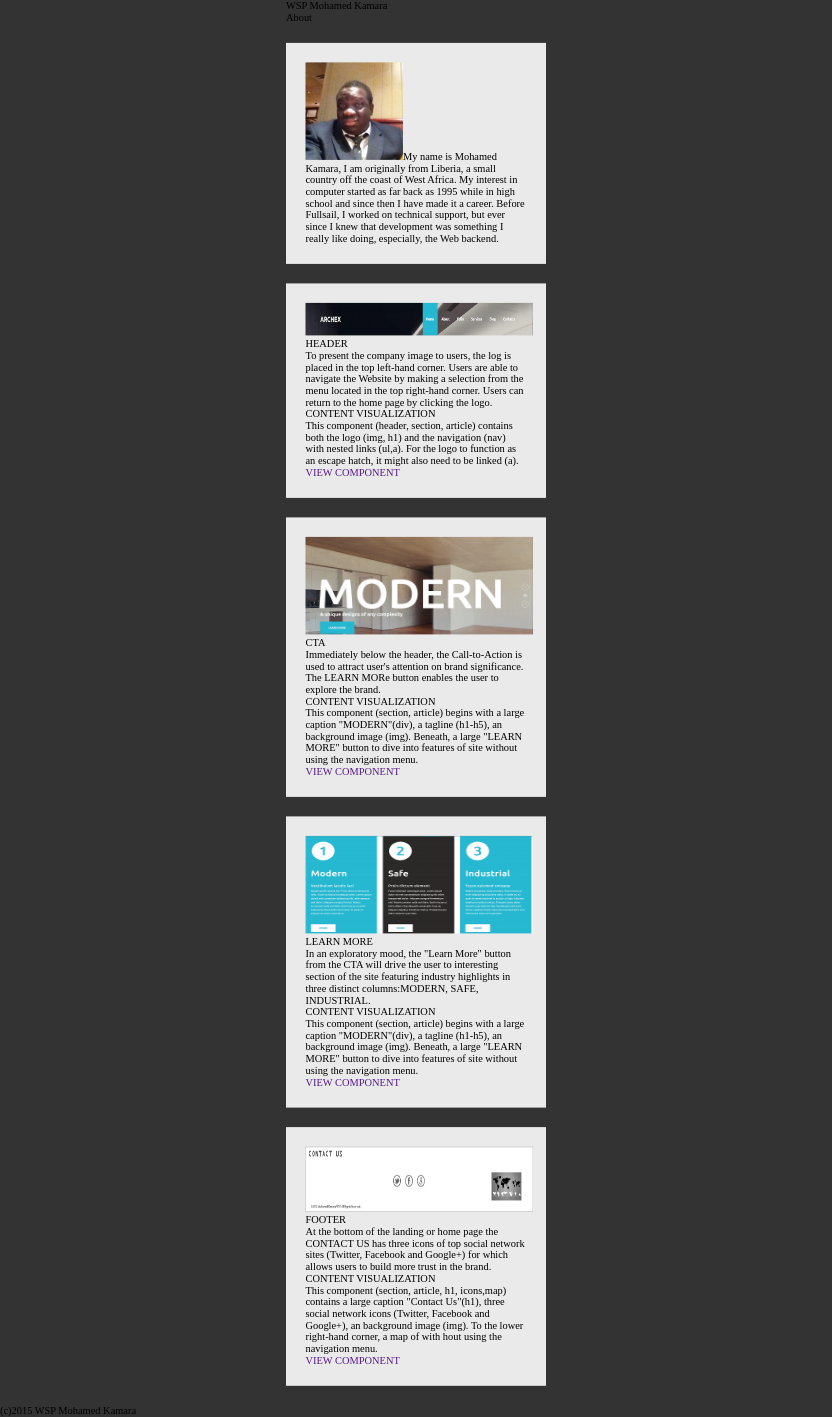
Repository: makamara/WSP_Project
Page: wsp/index.html
These files come from the project's save history. The page is drawn as it stood at one moment and after the next save; the edit follows.
The browser window is 1280 px wide. The pictures show the whole page, at 65% of full size.

Above is the page before, as saved 2015-09-15 17:13:04.

### wsp/index.html
<!DOCTYPE html>
<html>
<head>
	<title>WSP: Mohamed Kamara</title>
	<link rel="stylesheet" type="text/css" href="css/reset.css" />
	<link rel="stylesheet" type="text/css" href="css/main.css" />
</head>
<body>


	<!-- Header -->
	<header>
		<h1>WSP Mohamed Kamara</h1>
	</header>

	<!-- About -->
	<section>
		<h1>About</h1>
		<div class="image">

		</div>
		<article>
		<p><img src="images/art_pix.jpg" alt="Mohamed Kamara" width="150" height="150" />My name is Mohamed Kamara, I am originally from Liberia, a small country off the coast of West Africa. My interest in computer
		started as far back as 1995 while in high school and since then I have made it a career. Before Fullsail, I worked on technical
		support, but ever since I knew that development was something I really like doing, especially, the Web backend.
		</p>
		</article>
	</section>

	<!-- Blog, Components -->
	<section>
		<!-- Header section -->
		<article>

			<img src="images/header.png" alt="Header Section" width="350" height="50" />
			<h1>HEADER</h1>
			<p>To present the company image to users, the log is placed in the top left-hand corner. Users are able to navigate the Website
			by making a selection from the menu located in the top right-hand corner. Users can return to the home page by clicking the logo.
			</p>
			<h2>CONTENT VISUALIZATION</h2>
			<p>This component (header, section, article) contains both the logo (img, h1) and the navigation (nav) with nested links (ul,a).
			For the logo to function as an escape hatch, it might also need to be linked (a).
			</p>
			<p><a href="" class="button">VIEW COMPONENT</a></p>
		</article>
		<!-- CTA section -->
		<article>
			<img src="images/cta.jpg" alt="CTA" width="350" height="150" />
			<h1>CTA</h1>
			<p>Immediately below the header, the Call-to-Action is used to attract user's attention on brand significance.
				The <strong>LEARN MORe</strong> button enables the user to explore the brand.
			</p>
			<h2>CONTENT VISUALIZATION</h2>
			<p>This component (section, article) begins with a large caption "MODERN"(div), a tagline (h1-h5), an background image (img).
			Beneath, a large "LEARN MORE" button to dive into features of site without using the navigation menu.
			</p>
			<p><a href="" class="button">VIEW COMPONENT</a></p>
		</article>
	<!-- LEARN MORE section -->
		<article>
			<img src="images/learnmore.jpg" alt="Learn More" width="350" height="150" />
			<h1>LEARN MORE</h1>
			<p>In an exploratory mood, the "Learn More" button from the CTA will drive the user to interesting section of the site featuring
			industry highlights in three distinct columns:MODERN, SAFE, INDUSTRIAL.

			</p>
			<h2>CONTENT VISUALIZATION</h2>
			<p>This component (section, article) begins with a large caption "MODERN"(div), a tagline (h1-h5), an background image (img).
			Beneath, a large "LEARN MORE" button to dive into features of site without using the navigation menu.
			</p>
			<p><a href="" class="button">VIEW COMPONENT</a></p>
		</article>
		<!-- FOOTER section -->
		<article>
			<img src="images/footer.jpg" alt="Footer" width="350" height="100" />
			<h1>FOOTER</h1>
			<p>At the bottom of the landing or home page the CONTACT US has three icons of top social network sites (Twitter, Facebook and Google+) for
			which allows users to build more trust in the brand.

			</p>
			<h2>CONTENT VISUALIZATION</h2>
			<p>This component (section, article, h1, icons,map) contains a large caption "Contact Us"(h1), three social network icons (Twitter, Facebook and Google+),
				 an background image (img). To the lower right-hand corner, a map of with hout using the navigation menu.
			</p>
			<p><a href="" class="button">VIEW COMPONENT</a></p>
		</article>
	</section>
<footer>(c)2015 WSP Mohamed Kamara</footer>
</body>
</html>

### wsp/css/reset.css
/* CSS RESET
====================================================================================================
====================================================================================================
*/



html, body, div, main, span, applet, object, iframe,
h1, h2, h3, h4, h5, h6, p, blockquote, pre,
a, abbr, acronym, address, big, cite, code,
del, dfn, em, img, ins, kbd, q, s, samp,
small, strike, strong, sub, sup, tt, var,
b, u, i, center,
dl, dt, dd, ol, ul, li,
fieldset, form, label, legend, input, textarea,
table, caption, tbody, tfoot, thead, tr, th, td,
article, aside, canvas, details, embed,
figure, figcaption, footer, header, hgroup,
menu, nav, output, ruby, section, summary,
time, mark, audio, video,
::before, ::after {

	margin: 0; padding: 0;
	border: 0;
	font-size: 100%;
	font: inherit;
	vertical-align: baseline;
	text-decoration: none;

	box-sizing: border-box;

}

// HTML5 - Older browser support
// ======================================================================
article, aside, details, figcaption, figure,
footer, header, hgroup, menu, nav, section {
	display: block;
}


// BODY
// ======================================================================
body { line-height: 1; }


// LISTS - Clear bullets
// ======================================================================
ol, ul { list-style: none; }


// QUOTES
// ======================================================================
blockquote, q { quotes: none; }
blockquote:before, blockquote:after,
q:before, q:after {
	content: '';
	content: none;
}

// TABLES
// ======================================================================
table {
	border-collapse: collapse;
	border-spacing: 0;
}

### wsp/css/main.css
/* Project CSS
============================================================
============================================================*/
body {
    background: #333333;
}

header, section {
    width: 400px;
    margin: 0 auto;
}


/* HEADER ============================== */

/* ABOUT ============================== */

/* COMPONENTS ============================== */
article {
    background: #eaeaea;
    padding: 30px;
    margin: 30px 0;
}

After the next save:
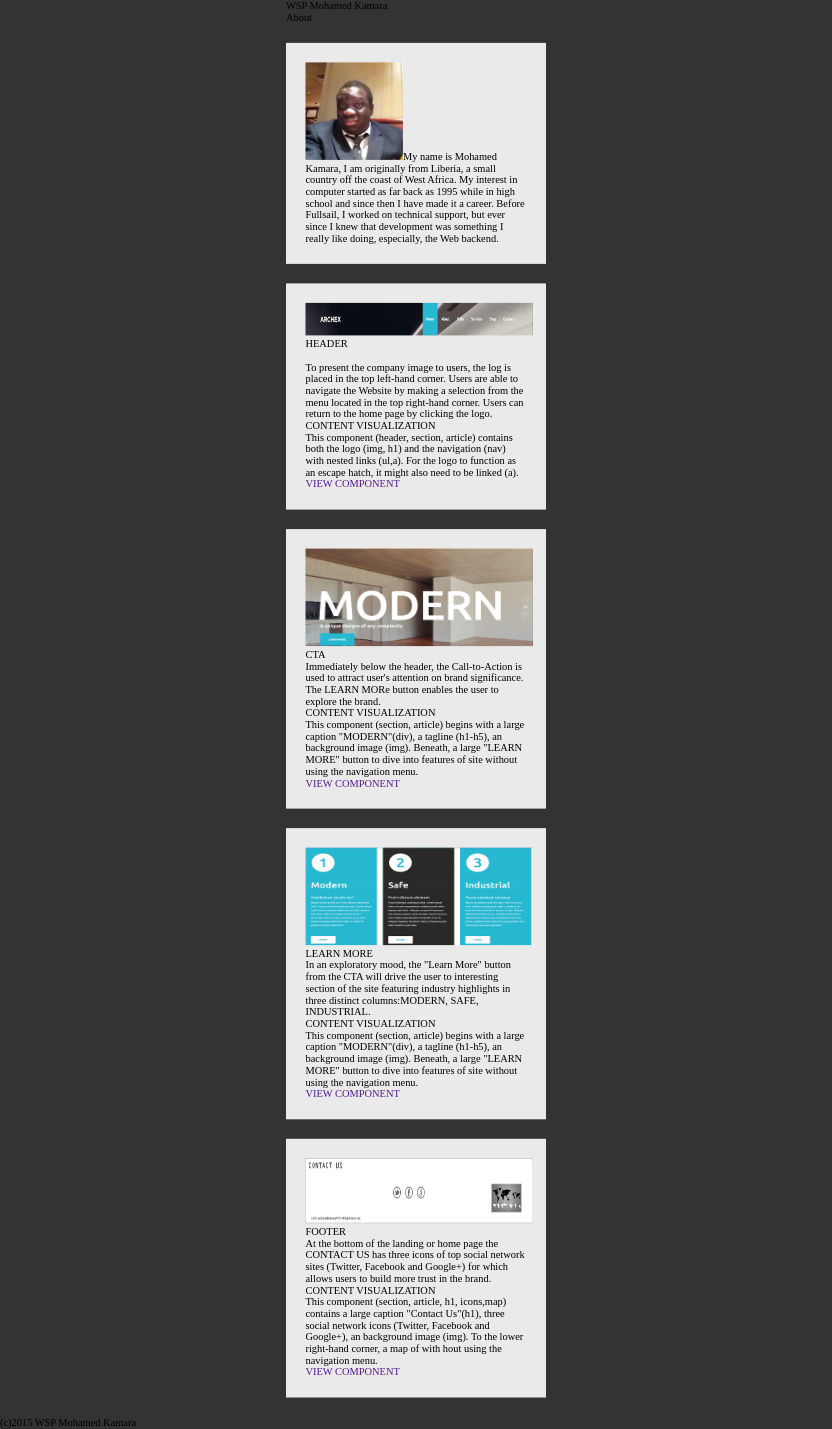
Saved 81 s later.
--- a/wsp/index.html
+++ b/wsp/index.html
@@ -33,11 +33,11 @@
 		<article>
 
 			<img src="images/header.png" alt="Header Section" width="350" height="50" />
-			<h1>HEADER</h1>
+			<h1>HEADER</h1><br />
 			<p>To present the company image to users, the log is placed in the top left-hand corner. Users are able to navigate the Website
 			by making a selection from the menu located in the top right-hand corner. Users can return to the home page by clicking the logo.
 			</p>
-			<h2>CONTENT VISUALIZATION</h2>
+			<h3>CONTENT VISUALIZATION</h3>
 			<p>This component (header, section, article) contains both the logo (img, h1) and the navigation (nav) with nested links (ul,a).
 			For the logo to function as an escape hatch, it might also need to be linked (a).
 			</p>
